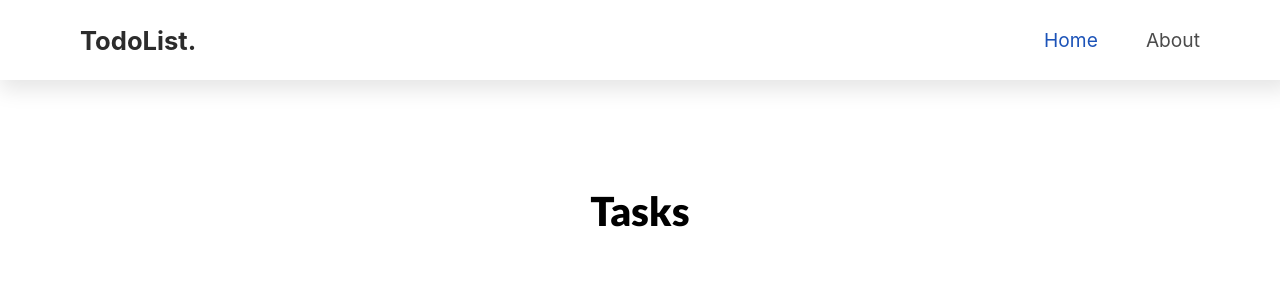
Repository: dqhuy153/react-todoList
Page: /
These files come from the project's save history. The page is drawn as it stood at one moment and after the next save; the edit follows.
The browser window is 1280 px wide. The pictures show the whole page.
The project was rebuilt for these pictures with package versions that can differ from the ones it lists, and the page was loaded fresh each time. Also part of the build but not shown: src/components/UI/LoadingSpinner.module.scss.

Above is the page before, as saved 2021-09-16 19:33:24.

### src/App.js
import React, { Suspense } from 'react';
import { Switch, Route } from 'react-router-dom';

import './App.css';
import Layout from './components/layout/Layout';
import LoadingSpinner from './components/UI/LoadingSpinner';

const Home = React.lazy(() => import('./components/pages/Home'));
const About = React.lazy(() => import('./components/pages/About'));

function App() {
  return (
    <Layout>
      <Suspense
        fallback={
          <div className="centered">
            <LoadingSpinner />
          </div>
        }
      >
        <Switch>
          <Route path="/" exact>
            <Home />
          </Route>
          <Route path="/about">
            <About />
          </Route>
          {/* <Route path="/products" exact>
          <Products />
        </Route>
        <Route path="/products/:productId">
          <ProductDetail />
        </Route> */}
        </Switch>
      </Suspense>
    </Layout>
  );
}

export default App;

### src/App.css
@import url('https://fonts.googleapis.com/css2?family=Lato:ital,wght@0,100;0,300;0,400;0,700;0,900;1,100;1,300;1,400;1,700;1,900&display=swap');

* {
  box-sizing: border-box;
}

.centered {
  margin: 3rem auto;
  text-align: center;
  display: flex;
  justify-content: center;
  align-items: center;
}

### src/components/layout/Layout.js
import React, { Fragment } from 'react';
import AppNavigation from './AppNavigation';

import styles from './Layout.module.scss';

export default function Layout(props) {
  return (
    <Fragment>
      <AppNavigation logoTitle="TodoList." />
      <main className={styles.main}>{props.children}</main>
    </Fragment>
  );
}

### src/components/UI/LoadingSpinner.js
import styles from './LoadingSpinner.module.scss';

const LoadingSpinner = () => {
  return <div className={styles.spinner}></div>;
};

export default LoadingSpinner;

### src/components/pages/Home.js
import React from 'react';

import styles from './Home.module.scss';

export default function Home(props) {
  return (
    <div className={styles.container}>
      <h1>Tasks</h1>
    </div>
  );
}

### src/components/layout/AppNavigation.js
import React from 'react';
import { NavLink } from 'react-router-dom';

import styles from './AppNavigation.module.scss';

export default function AppNavigation({ logoTitle = 'Demo.', ...props }) {
  return (
    <header className={styles.header}>
      <div className={styles.logo}>{logoTitle}</div>
      <nav>
        <ul>
          <li>
            <NavLink to="/" exact activeClassName={styles.active}>
              Home
            </NavLink>
          </li>
          <li>
            <NavLink to="/about" activeClassName={styles.active}>
              About
            </NavLink>
          </li>
        </ul>
      </nav>
    </header>
  );
}

### src/components/pages/Home.module.scss
.container {
  padding: 5rem 0;
  h1 {
    text-align: center;
    font-family: 'Lato', sans-serif;
    font-weight: 800;
    font-size: 2.5rem;
  }
}

### src/components/layout/AppNavigation.module.scss
.header {
  width: 100%;
  height: 5rem;
  display: flex;
  align-items: center;
  justify-content: space-between;
  background-color: #ffffff;
  padding: 0 5rem;
  box-shadow: 5px 5px 20px 5px rgba(0, 0, 0, 0.1);
}

.logo {
  font-size: 1.6rem;
  color: rgb(44, 44, 44);
  font-weight: bold;
}

.header ul {
  list-style: none;
  margin: 0;
  padding: 0;
  display: flex;
  align-items: baseline;
}

.header li {
  margin-left: 3rem;
}

.header a {
  text-decoration: none;
  font-size: 1.2rem;
  color: #4b4b4b;
}

.header a:hover,
.header a:active,
.header a.active {
  color: rgb(28, 83, 184);
}

Loaded but not shown: public/index.html (common file); src/index.js (common file); src/index.css (common file); src/reportWebVitals.js (common file); src/components/layout/Layout.module.scss (no stored copy; drawn as an empty file)

After the next save:
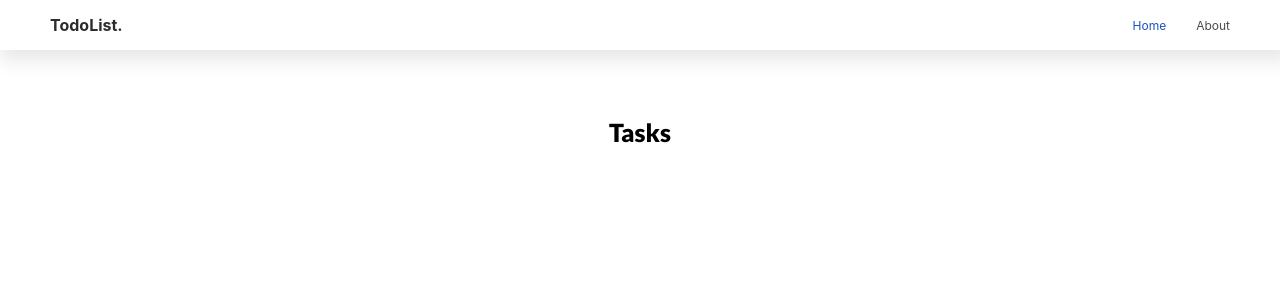
Saved 19 s later.
--- a/src/App.css
+++ b/src/App.css
@@ -2,6 +2,7 @@
 
 * {
   box-sizing: border-box;
+  font-size: 62.5%;
 }
 
 .centered {
